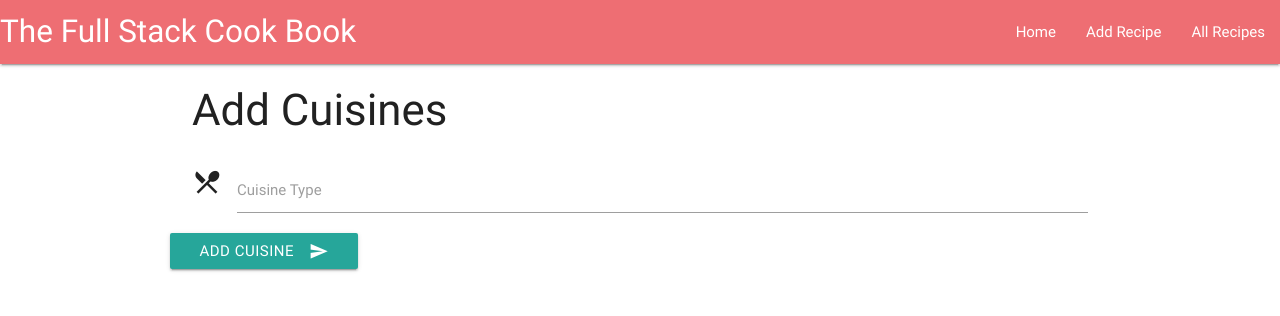
Repository: nakitamccool/francisillingworth-milestone-project-3
Page: http://localhost/add_cuisine_edit
The author's editor kept a record of every edit. The page is drawn from the files as they stood at one moment, then again after the next edit.
The browser window is 1280 px wide. The pictures show the whole page.
The page is served by the project's application, run on Flask 3 (app.py). Queries for data that is not in the repository find no rows.

Above is the page before.

### templates/addcuisine-edit.html
{% extends 'base.html' %} {% block content %}

<h3>Add Cuisines</h3>
<div class="row">
    <form action="{{ url_for('insert_cuisine_edit') }}" method="POST" class="col s12">
        <div class="row">
            <div class="input-field col s12">
                <i class="material-icons prefix">local_dining</i>
                <input id="cuisine_type" name="cuisine_type"  type="text" class="validate">
                <label for="icon_prefix">Cuisine Type</label>
            </div>
             <div class="row">
            <button class="btn waves-effect waves-light" type="submit" name="action">Add Cuisine
                <i class="material-icons right">send</i>
            </button>
        </div>



    </form>
</div>



{% endblock %}

### templates/base.html
<!DOCTYPE html>
<html lang="en">
<head>
    <link href="https://fonts.googleapis.com/icon?family=Material+Icons"
      rel="stylesheet">
    <link rel="stylesheet"  href="https://cdnjs.cloudflare.com/ajax/libs/materialize/0.100.2/css/materialize.min.css">
    <link rel="stylesheet" href="{{url_for('static' , filename = "css/style.css")}}" type="text/css" />

</head>
<body>
  <header>
    <nav>
    <div class="nav-wrapper">
      <a href="#" class="brand-logo">The Full Stack Cook Book</a>
      <ul id="nav-mobile" class="right hide-on-med-and-down">
        <li><a href="index.html">Home</a></li>
        <li><a href="{{ url_for('add_recipe') }}">Add Recipe</a></li>
        <li><a href="{{ url_for('get_recipes') }}">All Recipes</a></li>
      </ul>

    </div>
  </nav>
  </header>
    <div class="container">
    {% block content %}
    {% endblock %}
    </div>
    <script src="https://cdnjs.cloudflare.com/ajax/libs/jquery/3.4.1/jquery.min.js" integrity="sha256-CSXorXvZcTkaix6Yvo6HppcZGetbYMGWSFlBw8HfCJo=" crossorigin="anonymous"></script>
    <script src="https://cdnjs.cloudflare.com/ajax/libs/materialize/0.100.2/js/materialize.min.js"></script>
    <script type="text/javascript">
         $(document).ready(function(){
    $('.collapsible').collapsible();
    $('select').material_select();
  });

    </script>


</body>
</html>

### app.py
import os
from flask import Flask , render_template, redirect, request, url_for
from flask_pymongo import PyMongo
from bson.objectid import ObjectId


db_password = os.environ.get('DB_PASSWORD')

app = Flask(__name__)

app.config["MONGO_DBNAME"] = 'recipe_project'
app.config["MONGO_URI"] = 'mongodb+srv://root:r00tUser@myfirstcluster-aogax.mongodb.net/recipe_project?retryWrites=true&w=majority'

mongo = PyMongo(app)

@app.route('/')


@app.route('/get_recipes')
def get_recipes():
    return render_template("recipes.html", recipes=mongo.db.recipe.find())


@app.route('/add_recipe')
def add_recipe():
    return render_template('addrecipe.html', cuisine=mongo.db.cuisine.find())

@app.route('/insert_recipe', methods=['POST'])
def insert_recipe():
    recipes=mongo.db.recipe
    recipes.insert_one(request.form.to_dict())
    return redirect(url_for('get_recipes'))


@app.route('/edit_recipe/<recipe_id>')
def edit_recipe(recipe_id):
    the_recipe = mongo.db.recipe.find_one({"_id": ObjectId(recipe_id)})
    all_cuisine = mongo.db.cuisine.find()
    return render_template('editrecipe.html', recipe = the_recipe, cuisine=all_cuisine)



@app.route('/update_recipe/<recipe_id>', methods = ["POST"])
def update_recipe(recipe_id):
    recipes = mongo.db.recipe
    recipes.update( {'_id': ObjectId(recipe_id)},
    {
        'recipe_name' : request.form.get('recipe_name'),
        'cuisine_type' : request.form.get('cuisine_type'),
        'author' : request.form.get('author'),
        'ingredients' : request.form.get('ingredients'),
        'method' : request.form.get('method'),
        'cook_time' : request.form.get('cook_time'),
    })
    return redirect(url_for('get_recipes'))

@app.route('/delete_recipe/<recipe_id>')
def delete_recipe(recipe_id):
    mongo.db.recipe.remove({'_id':ObjectId(recipe_id)})
    return redirect(url_for('get_recipes'))





@app.route('/get_cuisines')
def get_cuisines():
    return render_template('cuisines.html', cuisine=mongo.db.cuisine.find())


@app.route('/edit_cuisine/<cuisine_id>')
def edit_cuisine(cuisine_id):
    return render_template('editcuisine.html', cuisine=mongo.db.cuisine.find_one({'_id':ObjectId(cuisine_id)}))


@app.route('/update_cuisine/<cuisine_id>', methods=['POST'])
def update_cuisine(cuisine_id):
    mongo.db.cuisine.update(
        {'_id': ObjectId(cuisine_id)},
        {'cuisine_type': request.form.get('cuisine_type')})
    return redirect(url_for('get_cuisines'))



@app.route('/add_cuisine')
def add_cuisine():
    return render_template('addcuisine.html', cuisine=mongo.db.cuisine.find())


@app.route('/insert_cuisine', methods=['POST'])
def insert_cuisine():
    cuisines=mongo.db.cuisine
    cuisines.insert_one(request.form.to_dict())
    return redirect(url_for('add_recipe'))



@app.route('/delete_cuisine/<cuisine_id>')
def delete_cuisine(cuisine_id):
    mongo.db.cuisine.remove({'_id':ObjectId(cuisine_id)})
    return redirect(url_for('get_cuisines'))



@app.route('/add_cuisine_edit')
def add_cuisine_edit():
    return render_template('addcuisine-edit.html', cuisine=mongo.db.cuisine.find())


@app.route('/insert_cuisine_edit', methods=['POST'])
def insert_cuisine_edit():
    cuisines=mongo.db.cuisine
    cuisines.insert_one(request.form.to_dict())
    return redirect(url_for('get_cuisines'))



@app.route('/index')
def index():
    return render_template("index.html")


@app.route('/filter')
def filter():
    return redirect(url_for())


if __name__ == '__main__':
    app.run(host=os.environ.get('IP'),
            port=int(os.environ.get('PORT')),
            debug=True)

### static/css/style.css
.btn_edit{
    height:28px;
    margin: 5px 15px;
    line-height: 28px;
    padding-left: 3px;
    padding-right: 6px;



}

.btn_delete{
    height:28px;
    margin: 5px 15px ;
    line-height: 28px;
    padding-left: 5px;
    padding-right: 5px;
    background-color: #b70808;

}

.collapsible-header i {
 margin:0;}

 .btn_delete:hover {
    background-color: #71231d;
}

.cancel_button{
    margin: 5px 15px;
    padding-left: 3px;
    padding-right: 6px;
    background-color: #b70808

}


 .cancel_button:hover {
    background-color: #71231d;
}


.recipe_header{
    margin-top:5px;
    margin-right: 20px;
}

.deleteEdit{
    margin-left:auto;
    margin-right:0;
}

.add_cuisine{
    margin-top: 0;
    margin-left:5%;
}

After the next edit:
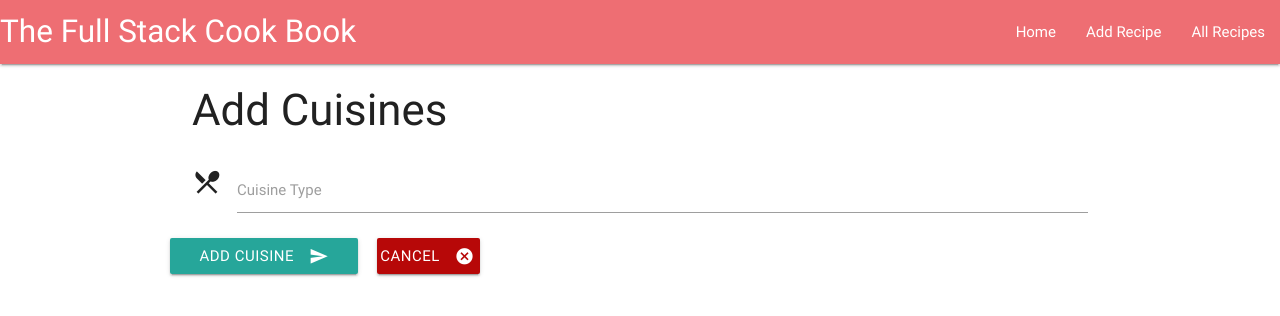
The edit:
--- a/templates/addcuisine-edit.html
+++ b/templates/addcuisine-edit.html
@@ -13,6 +13,9 @@
             <button class="btn waves-effect waves-light" type="submit" name="action">Add Cuisine
                 <i class="material-icons right">send</i>
             </button>
+            <a href="{{ url_for('get_cuisines') }}" class="waves-effect waves-light btn cancel_button">
+                <i class="material-icons right">cancel</i>Cancel
+            </a>
         </div>
 
 
